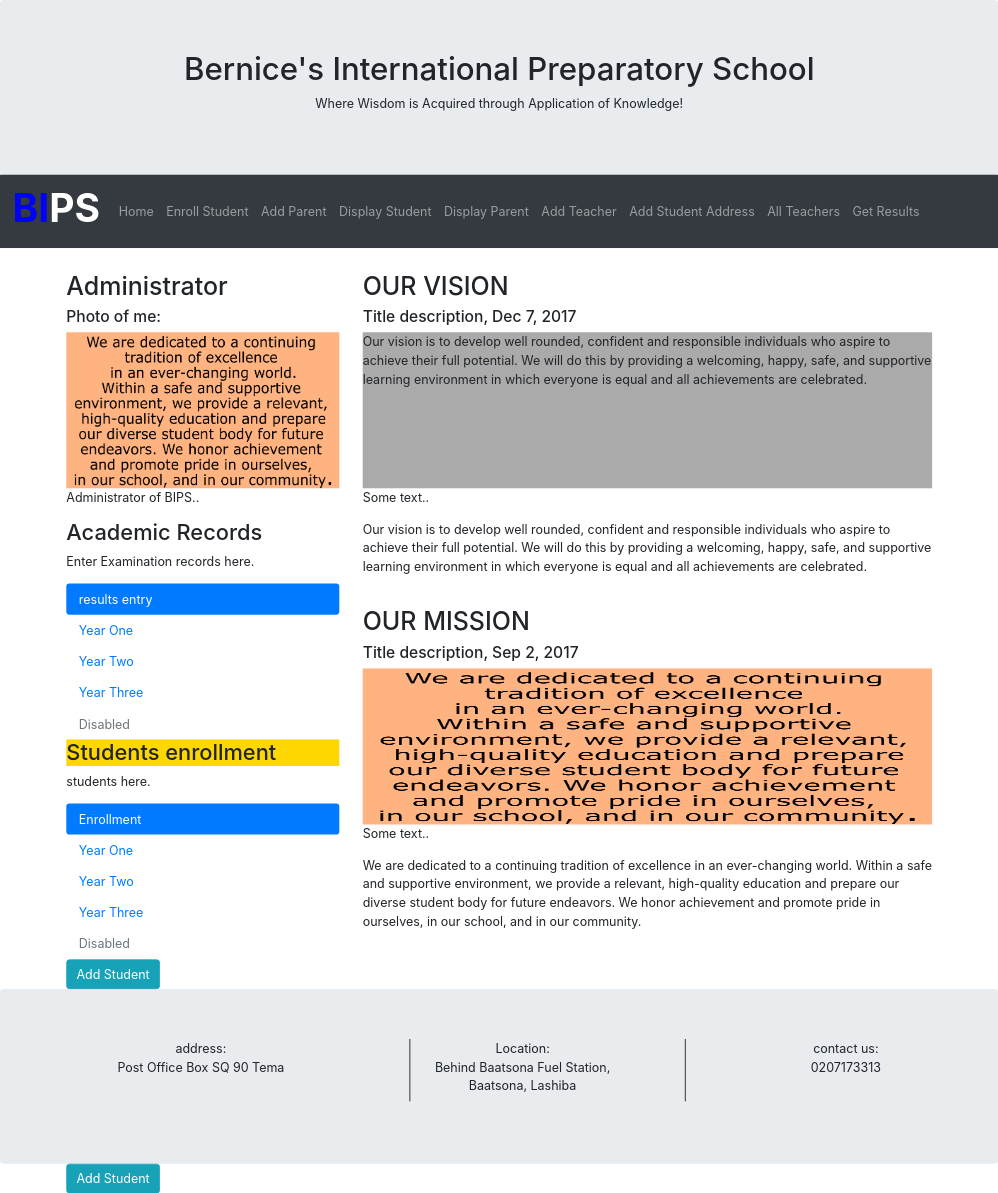
Repository: joseackah/eclipse-workspace
Page: http://localhost/com.school.mgt.system.Front.End/WEB-INF/views/adminPageExample.jsp
These files come from the project's save history. The page is drawn as it stood at one moment and after the next save; the edit follows.
The browser window is 1280 px wide. The pictures show the whole page, at 78% of full size.
The page is served by Tomcat 9. Nobody is signed in. The template is opened directly, without the code that normally fills it, so the values that code supplies are empty.

Above is the page before, as saved 2021-08-12 22:06:25.

After the next save:
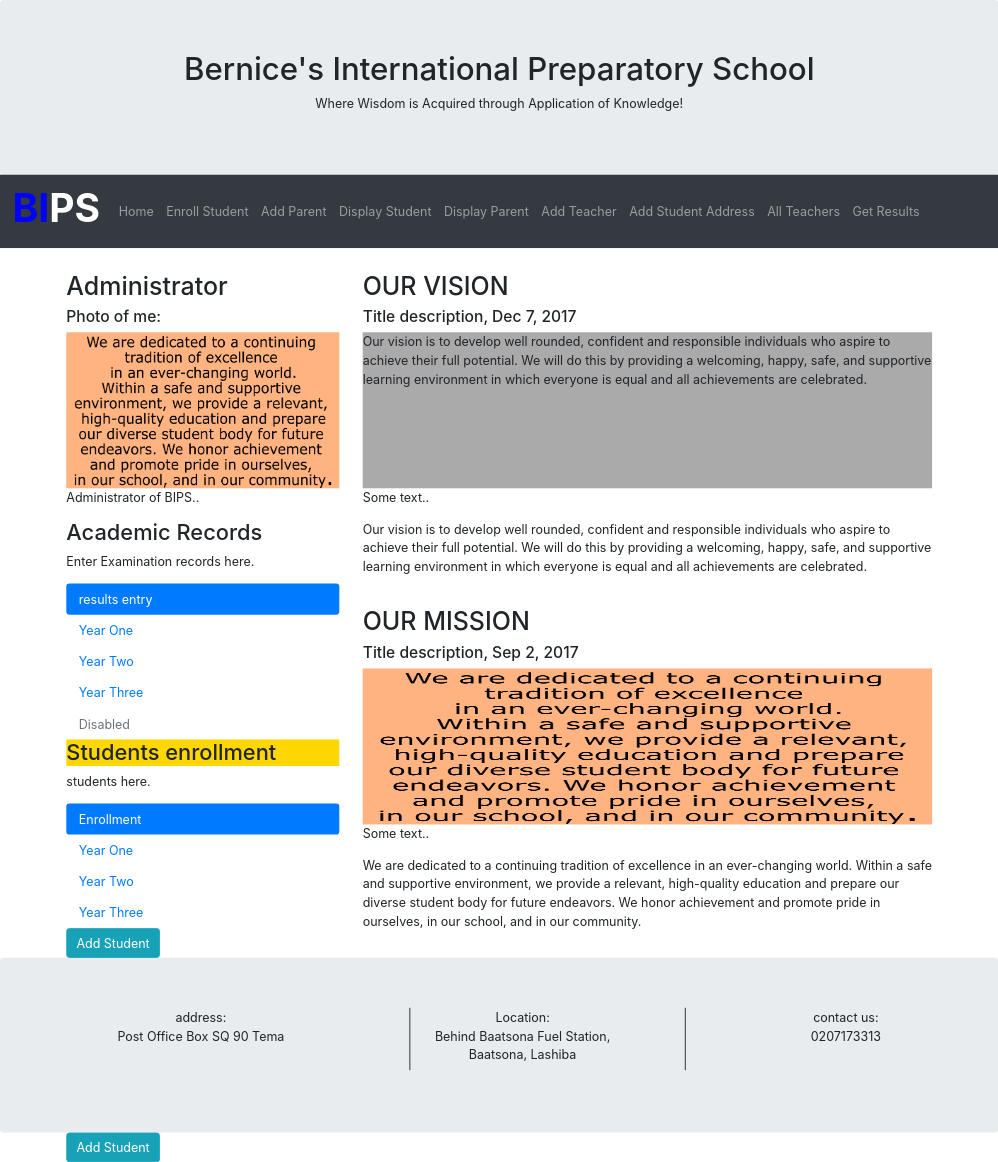
Saved 3 min 40 s later.
--- a/com.school.mgt.system.Front.End/src/main/webapp/WEB-INF/views/adminPageExample.jsp
+++ b/com.school.mgt.system.Front.End/src/main/webapp/WEB-INF/views/adminPageExample.jsp
@@ -112,7 +112,7 @@
           <a class="nav-link" href="#">Year Three</a>
         </li>
         <li class="nav-item">
-          <a class="nav-link disabled" href="#">Disabled</a>
+          <!-- <a class="nav-link disabled" href="#">Disabled</a> -->
           <button type="button" class="btn btn-info float-left" data-toggle="modal" data-target="#myModal">Add Student</button>
         </li>
       </ul>
@@ -315,5 +315,25 @@
 </div>
 </div>
 
+								<div class="modal-footer">
+								    <button type="submit" class="btn btn-primary" onclick="return validate()" id="alert">Add</button>
+									<button type="button" class="btn btn-secondary" data-dismiss="modal">Close</button>
+								</div>
+							</div>
+
+						</form>
+
+
+
+
+					</div>
+				</div>
+
+			</div>
+		</div>
+
+	</div>
+
+
 </body>
 </html>
